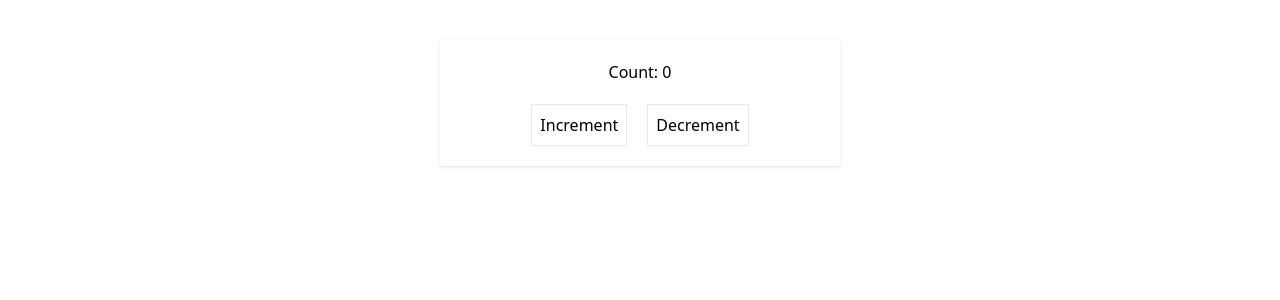
Repository: vophuocthanh/redux
Page: /
An editor plug-in stored every save of this project. The page is shown before and after the next save, followed by the edit.
The browser window is 1280 px wide. The pictures show the whole page.
The project was rebuilt for these pictures with package versions that can differ from the ones it lists, and the page was loaded fresh each time. Also part of the build but not shown: src/App.css.

Above is the page before, as saved 2023-03-08 09:52:20.

After the next save:
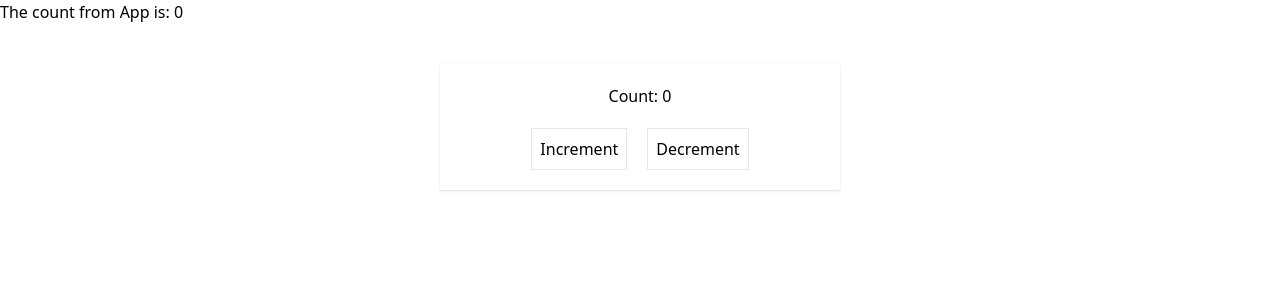
Saved 2 min 21 s later.
--- a/src/App.js
+++ b/src/App.js
@@ -1,10 +1,12 @@
-import React from "react";
+import React, { useState } from "react";
 import "./App.css";
 import Counter from "./components/Counter";
 
-function App() {
+function App({ ...props }) {
+  const [count, setCount] = useState(0);
   return (
     <div>
+      <h2>The count from App is: {count}</h2>
       <Counter></Counter>
     </div>
   );
